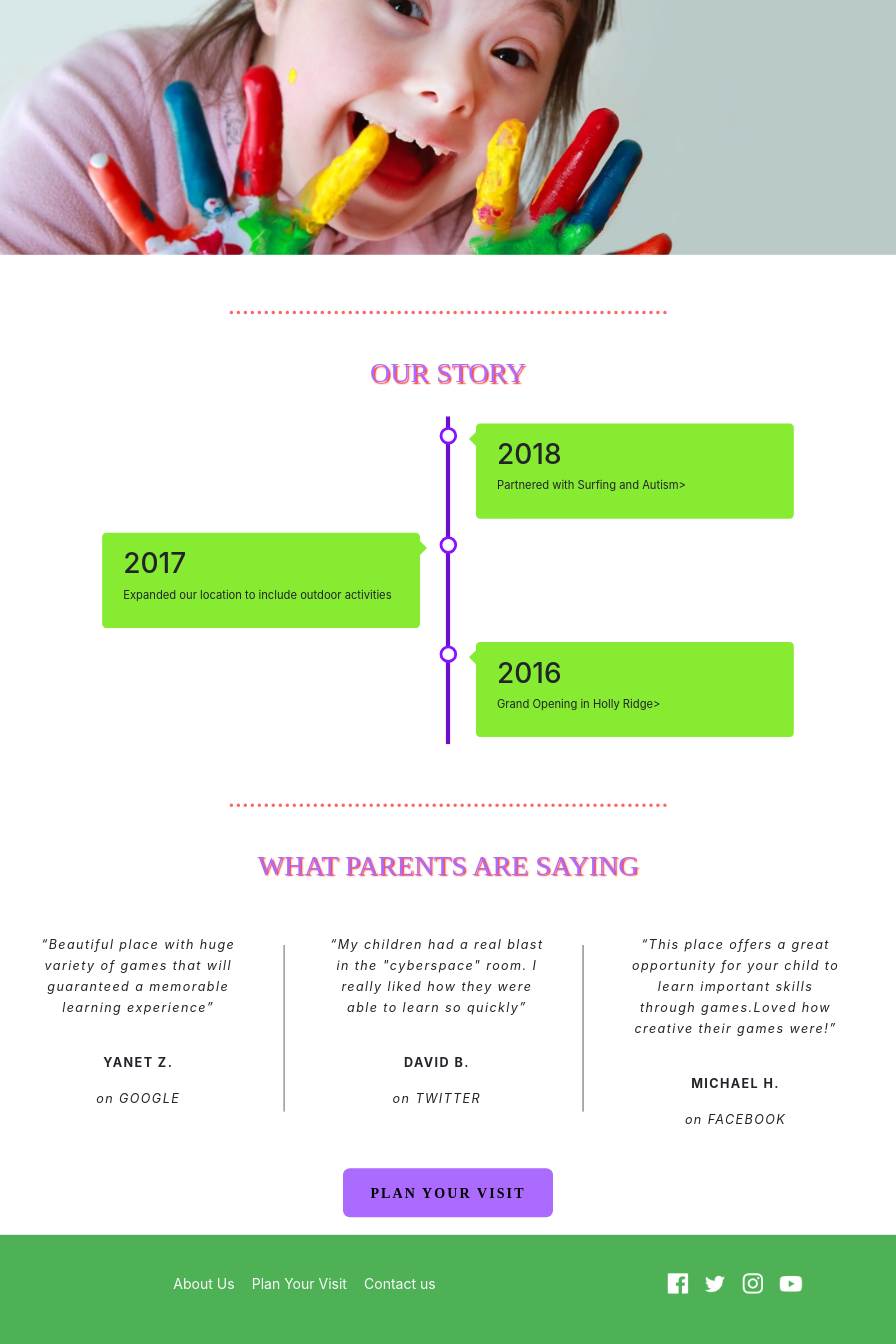
Repository: Code-Institute-Submissions/my-first-frontend-milestone-project
Page: about.html
The author's editor kept a record of every edit. The page is drawn from the files as they stood at one moment, then again after the next edit.
The browser window is 1280 px wide. The pictures show the part of the page from y = 1000 to 2920 px (the page is 2920 px tall), at 70% of full size.
Some web fonts or font styles are not loaded; a fallback is used.

Above is the page before.

After the next edit:
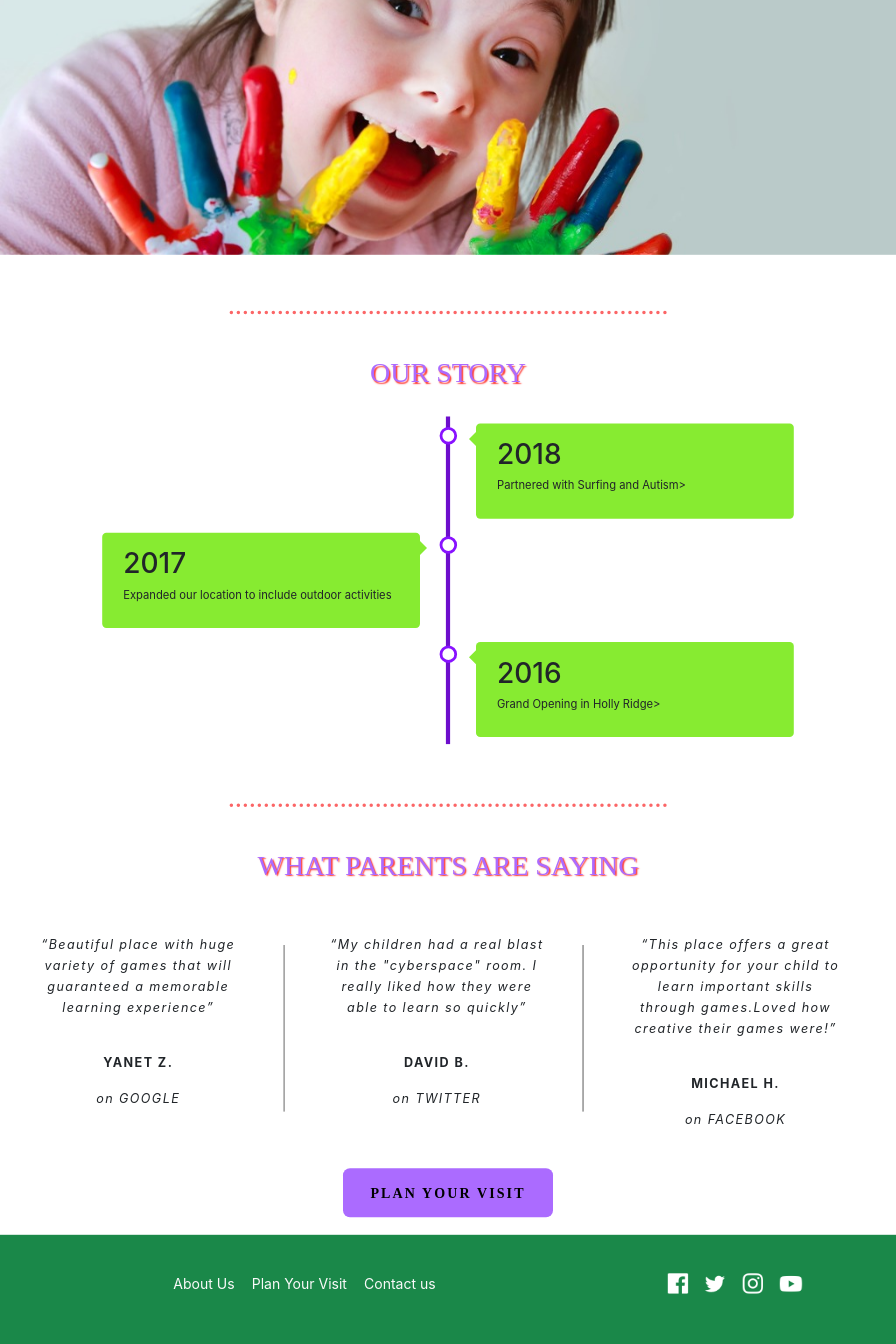
The edit:
--- a/css/style.css
+++ b/css/style.css
@@ -743,7 +743,7 @@
 
 /* Style footer section */
 footer {
-   background-color: #4FB156;
+   background-color:#1A8849;
    color: #fafafa;
    min-height: 100px;
  }
